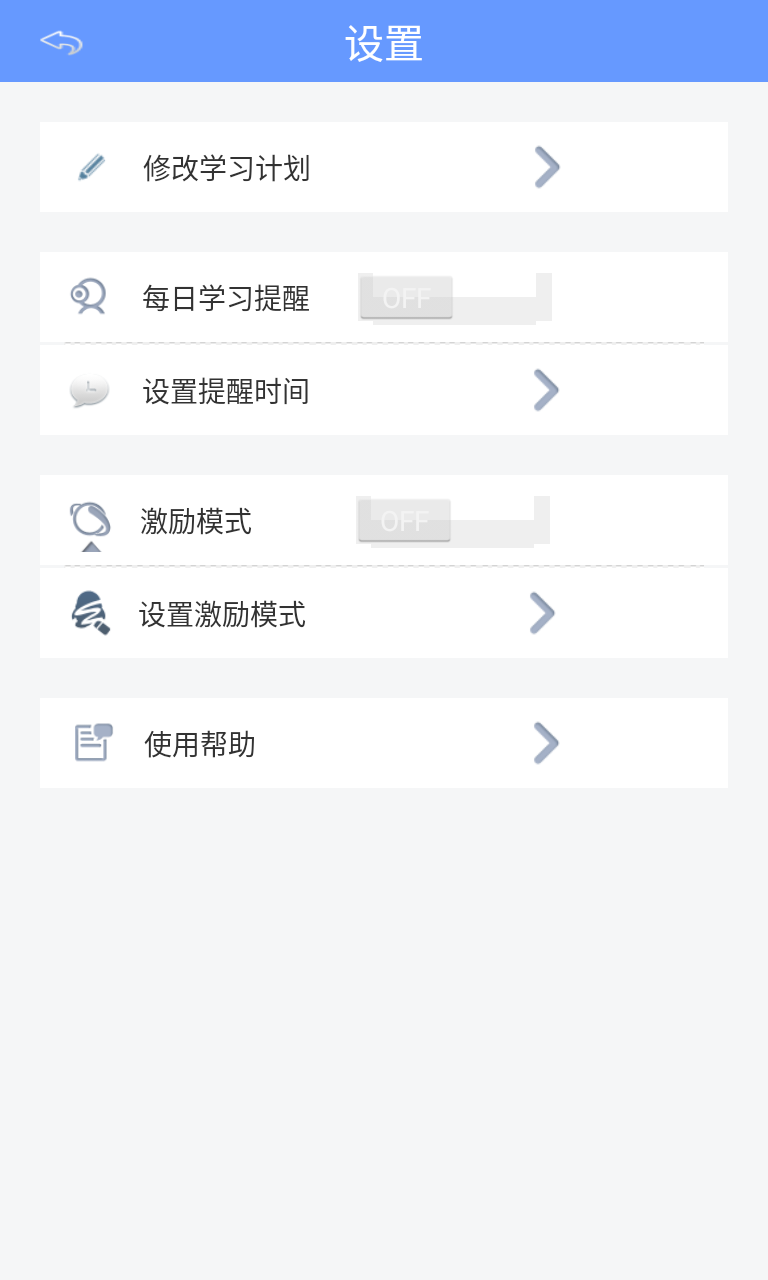
Repository: dyslove123/OMG
Layout: OMG_WORD/res/layout/setting.xml
An editor plug-in stored every save of this project. The layout is shown before and after the next save, followed by the edit.
It is drawn on a 768 x 1280 px phone screen (xhdpi) without system bars, with theme android:Theme.Holo.Light.NoActionBar; the app's code is not run.

Above is the layout before, as saved 2013-11-07 13:52:06.

### OMG_WORD/res/layout/setting.xml
<?xml version="1.0" encoding="utf-8"?>
<LinearLayout xmlns:android="http://schemas.android.com/apk/res/android"
    android:layout_width="match_parent"
    android:layout_height="match_parent"
    android:background="#f5f6f7"
    android:orientation="vertical" >

    <RelativeLayout
        android:id="@+id/top_interface"
        android:layout_width="match_parent"
        android:layout_height="41dp"
        android:background="#6699ff"
        android:gravity="center_vertical"
        android:orientation="horizontal" >

        <Button
            android:id="@+id/setting_back"
            style="?android:attr/buttonStyleSmall"
            android:layout_width="wrap_content"
            android:layout_height="wrap_content"
            android:layout_marginBottom="10dp"
            android:layout_marginLeft="8dp"
            android:layout_marginTop="12dp"
            android:background="@drawable/back" />

        <TextView
            android:id="@+id/word_study_title"
            android:layout_width="wrap_content"
            android:layout_height="wrap_content"
            android:layout_centerInParent="true"
            android:text="设置"
            android:textColor="#ffffff"
            android:textSize="20sp" />
    </RelativeLayout>

    <LinearLayout
        android:id="@+id/study_plan_setting"
        android:layout_width="fill_parent"
        android:layout_height="45dp"
        android:layout_marginLeft="20dp"
        android:layout_marginRight="20dp"
        android:layout_marginTop="20dp"
        android:background="#ffffff"
        android:gravity="center_vertical" >

        <ImageView
            android:layout_width="wrap_content"
            android:layout_height="wrap_content"
            android:layout_marginLeft="15dp"
            android:src="@drawable/modify_plan" >
        </ImageView>

        <TextView
            android:layout_width="wrap_content"
            android:layout_height="wrap_content"
            android:layout_marginLeft="15dp"
            android:text="修改学习计划" />

        <ImageView
            android:layout_width="wrap_content"
            android:layout_height="wrap_content"
            android:layout_marginLeft="90dp"
            android:src="@drawable/into" />
    </LinearLayout>

    <LinearLayout
        android:id="@+id/study_alert"
        android:layout_width="fill_parent"
        android:layout_height="45dp"
        android:layout_marginLeft="20dp"
        android:layout_marginRight="20dp"
        android:layout_marginTop="20dp"
        android:background="#ffffff"
        android:gravity="center_vertical"
        android:orientation="horizontal" >

        <ImageView
            android:id="@+id/alert_img"
            android:layout_width="45dp"
            android:layout_height="45dp"
            android:layout_marginLeft="3dp"
            android:src="@drawable/alert" />

        <TextView
            android:id="@+id/alert_name"
            android:layout_width="wrap_content"
            android:layout_height="wrap_content"
            android:layout_marginLeft="3dp"
            android:text="每日学习提醒" />

        <Switch
            android:id="@+id/alert_switch"
            android:layout_width="wrap_content"
            android:layout_height="wrap_content"
            android:layout_marginLeft="22dp" />
    </LinearLayout>

    <ImageView
        android:layout_width="fill_parent"
        android:layout_height="wrap_content"
        android:layout_marginLeft="20dp"
        android:layout_marginRight="20dp"
        android:src="@drawable/boundary" />

    <LinearLayout
        android:id="@+id/alert_time"
        android:layout_width="fill_parent"
        android:layout_height="45dp"
        android:layout_marginLeft="20dp"
        android:layout_marginRight="20dp"
        android:background="#ffffff"
        android:gravity="center_vertical"
        android:orientation="horizontal" >

        <ImageView
            android:id="@+id/alert_img"
            android:layout_width="25dp"
            android:layout_height="25dp"
            android:layout_marginLeft="12dp"
            android:src="@drawable/clock" />

        <TextView
            android:id="@+id/alert_name"
            android:layout_width="wrap_content"
            android:layout_height="wrap_content"
            android:layout_marginLeft="14dp"
            android:text="设置提醒时间" />

        <ImageView
            android:layout_width="wrap_content"
            android:layout_height="wrap_content"
            android:layout_marginLeft="90dp"
            android:src="@drawable/into" />
    </LinearLayout>

    <LinearLayout
        android:id="@+id/encourage_method"
        android:layout_width="fill_parent"
        android:layout_height="45dp"
        android:layout_marginLeft="20dp"
        android:layout_marginRight="20dp"
        android:layout_marginTop="20dp"
        android:background="#ffffff"
        android:gravity="center_vertical"
        android:orientation="horizontal" >

        <ImageView
            android:id="@+id/encourage_image"
            android:layout_width="45dp"
            android:layout_height="45dp"
            android:layout_marginLeft="3dp"
            android:src="@drawable/encourage" />

        <TextView
            android:layout_width="wrap_content"
            android:layout_height="wrap_content"
            android:layout_marginLeft="2dp"
            android:text="激励模式" />

        <Switch
            android:id="@+id/ecourage_switch"
            android:layout_width="wrap_content"
            android:layout_height="wrap_content"
            android:layout_marginLeft="50dp" />
    </LinearLayout>

    <ImageView
        android:layout_width="fill_parent"
        android:layout_height="wrap_content"
        android:layout_marginLeft="20dp"
        android:layout_marginRight="20dp"
        android:src="@drawable/boundary" />

    <LinearLayout
        android:id="@+id/set_ecourage_mode"
        android:layout_width="fill_parent"
        android:layout_height="45dp"
        android:layout_marginLeft="20dp"
        android:layout_marginRight="20dp"
        android:background="#ffffff"
        android:gravity="center_vertical"
        android:orientation="horizontal" >

        <ImageView
            android:id="@+id/encourage_image"
            android:layout_width="25dp"
            android:layout_height="25dp"
            android:layout_marginLeft="13dp"
            android:src="@drawable/set_encourage" />

        <TextView
            android:layout_width="wrap_content"
            android:layout_height="wrap_content"
            android:layout_marginLeft="11dp"
            android:text="设置激励模式" />

        <ImageView
            android:layout_width="wrap_content"
            android:layout_height="wrap_content"
            android:layout_marginLeft="90dp"
            android:src="@drawable/into" />
    </LinearLayout>

    <LinearLayout
        android:id="@+id/using_help"
        android:layout_width="match_parent"
        android:layout_height="45dp"
        android:layout_marginLeft="20dp"
        android:layout_marginRight="20dp"
        android:layout_marginTop="20dp"
        android:background="#ffffff"
        android:gravity="center_vertical"
        android:orientation="horizontal" >

        <ImageView
            android:id="@+id/help"
            android:layout_width="45dp"
            android:layout_height="45dp"
            android:layout_marginLeft="4dp"
            android:src="@drawable/help" />

        <TextView
            android:layout_width="wrap_content"
            android:layout_height="wrap_content"
            android:layout_marginLeft="3dp"
            android:text="使用帮助" />

        <ImageView
            android:layout_width="wrap_content"
            android:layout_height="wrap_content"
            android:layout_marginLeft="117dp"
            android:src="@drawable/into" />
    </LinearLayout>

</LinearLayout>

After the next save:
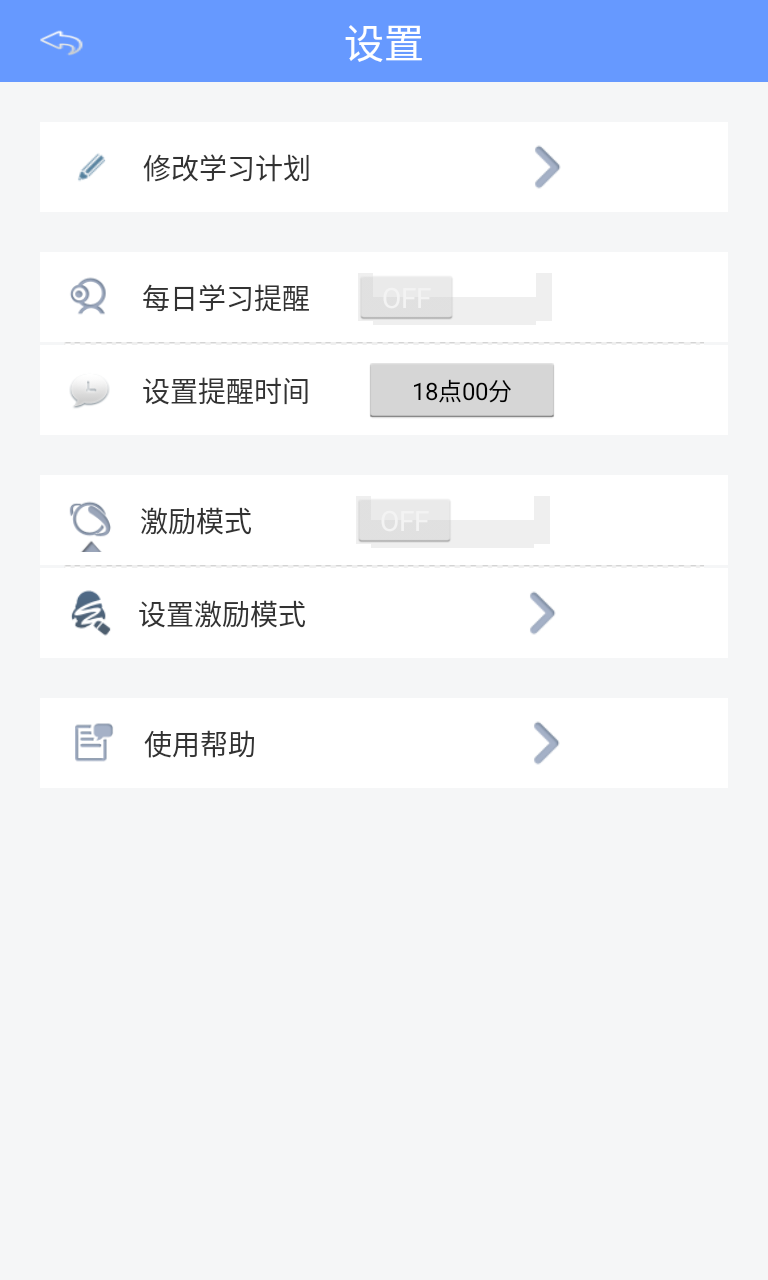
Saved 7 s later.
--- a/OMG_WORD/res/layout/setting.xml
+++ b/OMG_WORD/res/layout/setting.xml
@@ -126,11 +126,14 @@
             android:layout_marginLeft="14dp"
             android:text="设置提醒时间" />
 
-        <ImageView
-            android:layout_width="wrap_content"
-            android:layout_height="wrap_content"
-            android:layout_marginLeft="90dp"
-            android:src="@drawable/into" />
+        <Button
+            android:id="@+id/alert_time"
+            android:layout_height="35dp"
+            android:layout_width="100dp"
+            android:layout_marginLeft="26dp"
+            android:text="18点00分"
+            android:textSize="12dp"
+            ></Button>
     </LinearLayout>
 
     <LinearLayout
